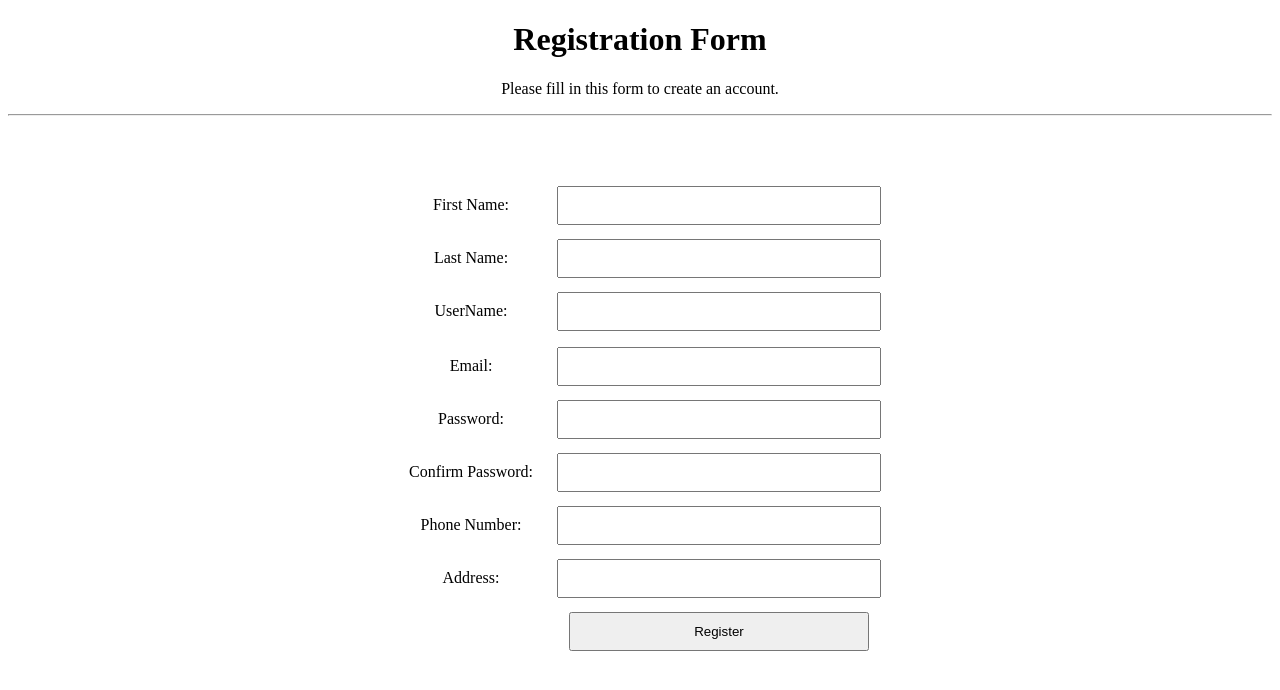
Repository: armanali13000/JAVA_CRUD
Page: http://localhost/CRUD_APP/MemberRegister.jsp
The author's editor kept a copy of each file at every save. The page is drawn from the files as they stood at one save, then again after the next save.
The browser window is 1280 px wide. The pictures show the whole page.
The page is served by Tomcat 9.

Above is the page before, as saved 2023-02-26 10:16:29.

### CRUD_APP/src/main/webapp/MemberRegister.jsp
<%@ page language="java" contentType="text/html; charset=ISO-8859-1"
    pageEncoding="ISO-8859-1"%>
<!DOCTYPE html>
<html>
<head>
<meta charset="ISO-8859-1">
<title>Registration Form</title>

	<style type="text/css">

		.registration
		{
			text-align: center;
		}
		label, input
		{
			margin: 5px;
			padding: 10px;
			width: 300px;
		}
		#sub
		{
			width: 100px;
		}
	</style>

</head>
<body>
	<form class="registration" action="Register" method="post">
	<h1>Registration Form</h1>
    <p>Please fill in this form to create an account.</p>
    <hr><br><br><br>
    <table align="center">
			<tr>
					<td><label>First Name:</label></td>
					<td><input id="input" type="text"></input></td>
			</tr>
			<tr>
					<td><label>Last Name:</label></td>
					<td><input id="input" type="text"></input></td>
			</tr>
    		<tr>
					<td><label>UserName:</label></td>
					<td><input id="input" type="text"></input></td>
			</tr>
			<tr>
			<tr>
					<td><label>Email:</label></td>
					<td><input id="input" type="email"></input></td>
			</tr>
					<td><label>Password:</label></td>
					<td><input id="input" type="password"></input></td>
			</tr>
			<tr>
					<td><label>Confirm Password:</label></td>
					<td><input id="input" type="password"></input></td>
			</tr>
			<tr>
					<td><label>Phone Number:</label></td>
					<td><input id="input" type="text"></input></td>
			</tr>
			<tr>
					<td><label>Address:</label></td>
					<td><input id="input" type="text"></input></td>
			</tr>
			<tr>
				<td></td>
				<td><input id="button" type="submit" value="Register"></input></td>
			</tr>


	<!-- <input type="text" name="name" placeholder="Enter First Name"><br><br>
	<label>Last Name</label>
	<input type="text" name="name" placeholder="Enter Last Name"><br><br>
	<label>UserName</label>
	<input type="text" name="username" placeholder="Enter UserName"><br><br>
	<label>Email</label>
	<input type="email" name="email" placeholder="Enter Email"><br><br>
	<label>Password</label>
	<input type="password" name="password" placeholder="Enter Password"><br><br>
	<label>Confirm Password</label>
	<input type="password" name="Password" placeholder="Enter Confirm Password"><br><br>
	<label>Phone</label>
	<input type="number" name="phone" placeholder="Enter Phone"><br><br>
	<label>Address</label>
	<input type="text" name="address" placeholder="Enter Address"><br><br>
	<input id="sub" type="submit" value="Register"> -->

    </table>

	</form>
</body>
</html>

After the next save:
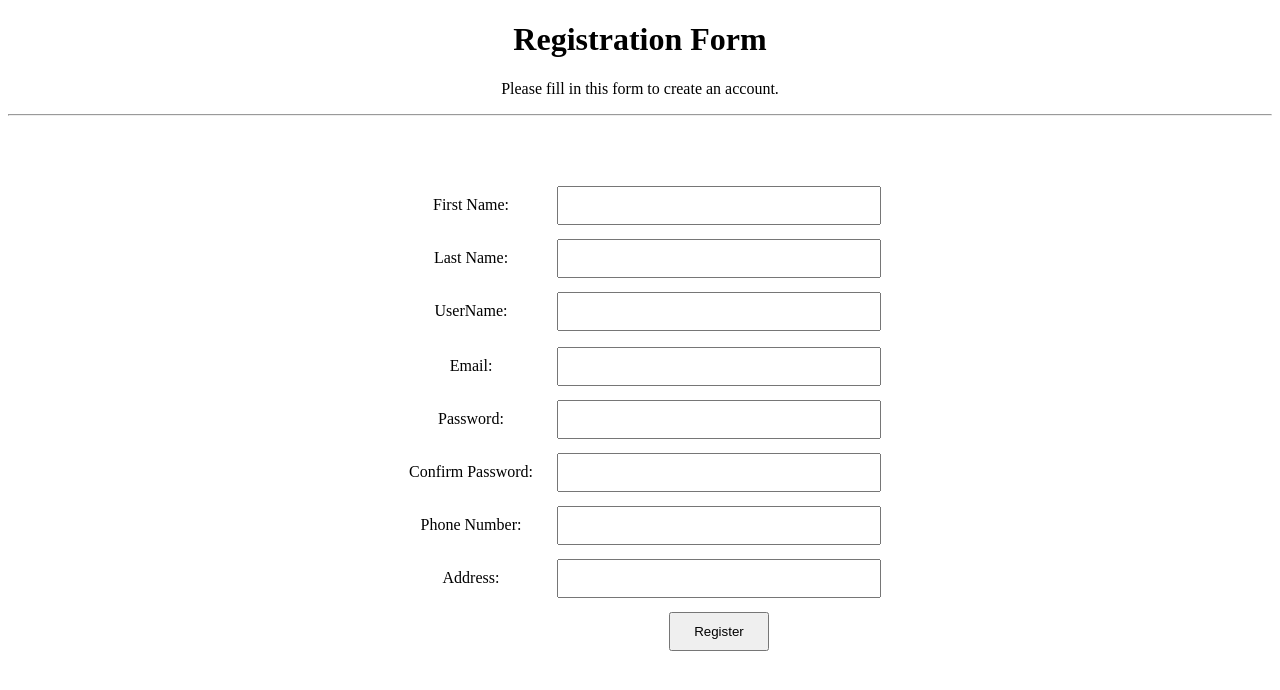
Saved 30 s later.
--- a/CRUD_APP/src/main/webapp/MemberRegister.jsp
+++ b/CRUD_APP/src/main/webapp/MemberRegister.jsp
@@ -18,7 +18,7 @@
 			padding: 10px;
 			width: 300px;
 		}
-		#sub
+		#button
 		{
 			width: 100px;
 		}
